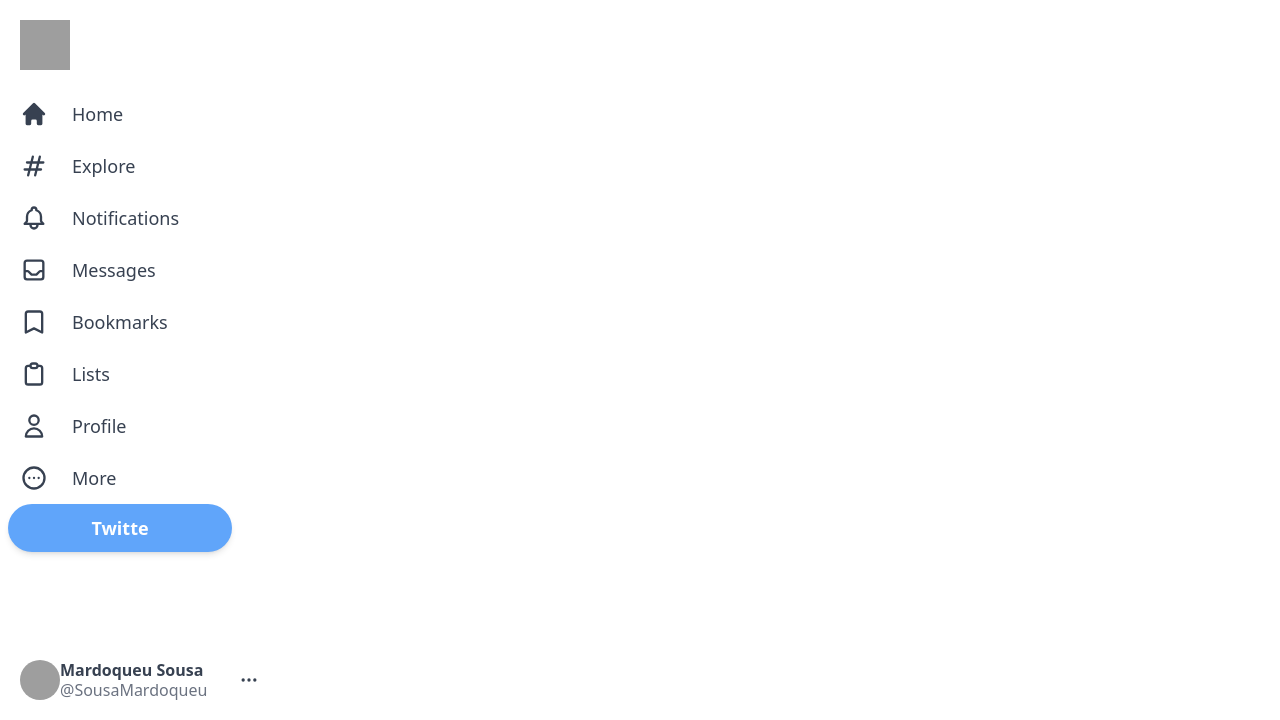
Repository: Mardoqueu/twitter
Page: /
An editor plug-in stored every save of this project. The page is shown before and after the next save, followed by the edit.
The browser window is 1280 px wide. The pictures show the whole page.
Pictures or frames that could not be fetched are drawn as grey boxes. The project was rebuilt for these pictures with package versions that can differ from the ones it lists, and the page was loaded fresh each time. The framework's server and built-in components were replaced by stand-ins that run in the browser. Also part of the build but not shown: next.config.js.

Above is the page before, as saved 2022-09-01 11:31:14.

After the next save:
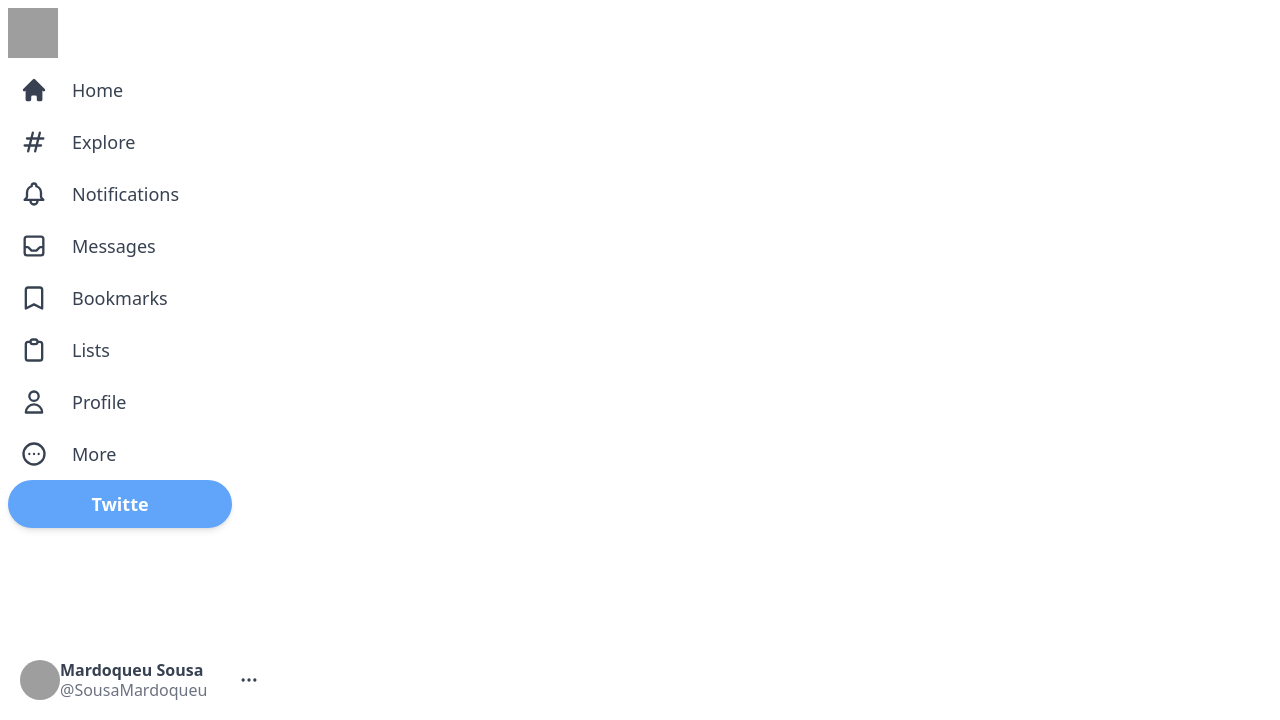
Saved 18 s later.
--- a/components/Sidebar.js
+++ b/components/Sidebar.js
@@ -7,7 +7,7 @@
   return (
     <div className="hidden sm:flex flex-col p-2 xl:items-start fixed h-full">
         {/* Twitter logo */}
-        <div className="hoverEffect">
+        <div className="hoverEffect p-0">
             <Image
             width="50"
             height="50"

After the save that followed:
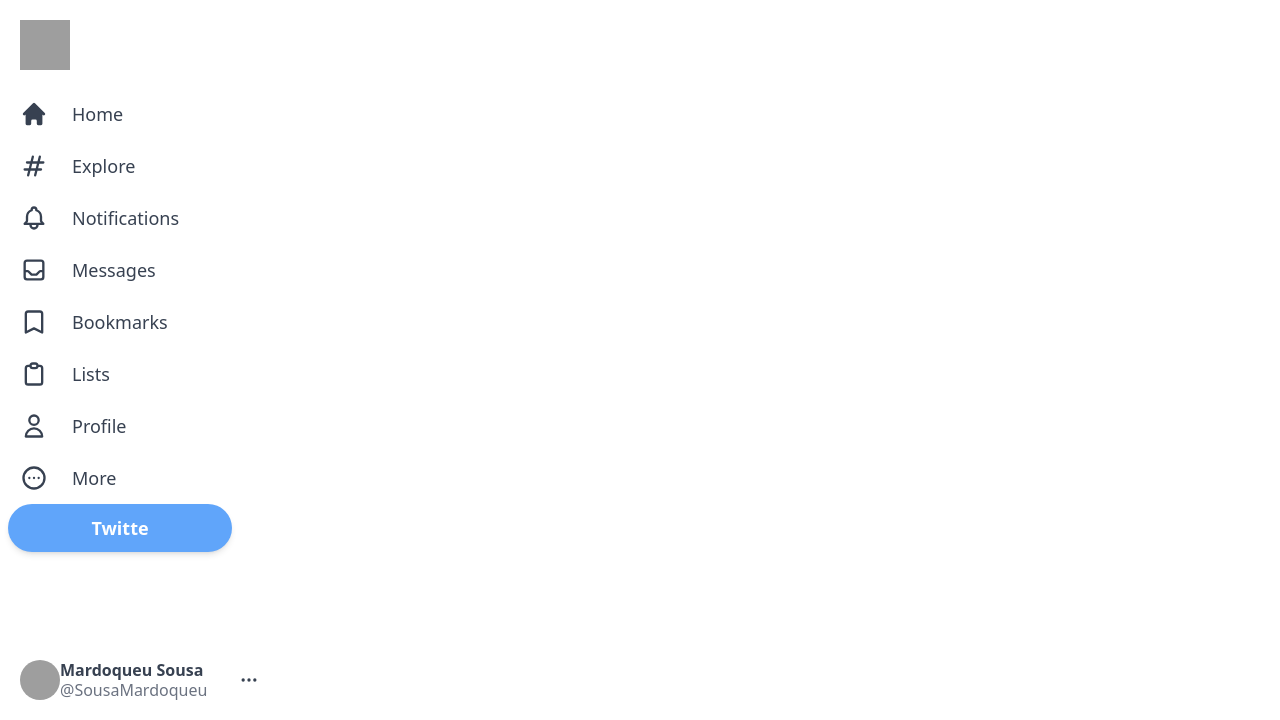
Saved 9 s later.
--- a/components/Sidebar.js
+++ b/components/Sidebar.js
@@ -7,7 +7,7 @@
   return (
     <div className="hidden sm:flex flex-col p-2 xl:items-start fixed h-full">
         {/* Twitter logo */}
-        <div className="hoverEffect p-0">
+        <div className="hoverEffect ">
             <Image
             width="50"
             height="50"
